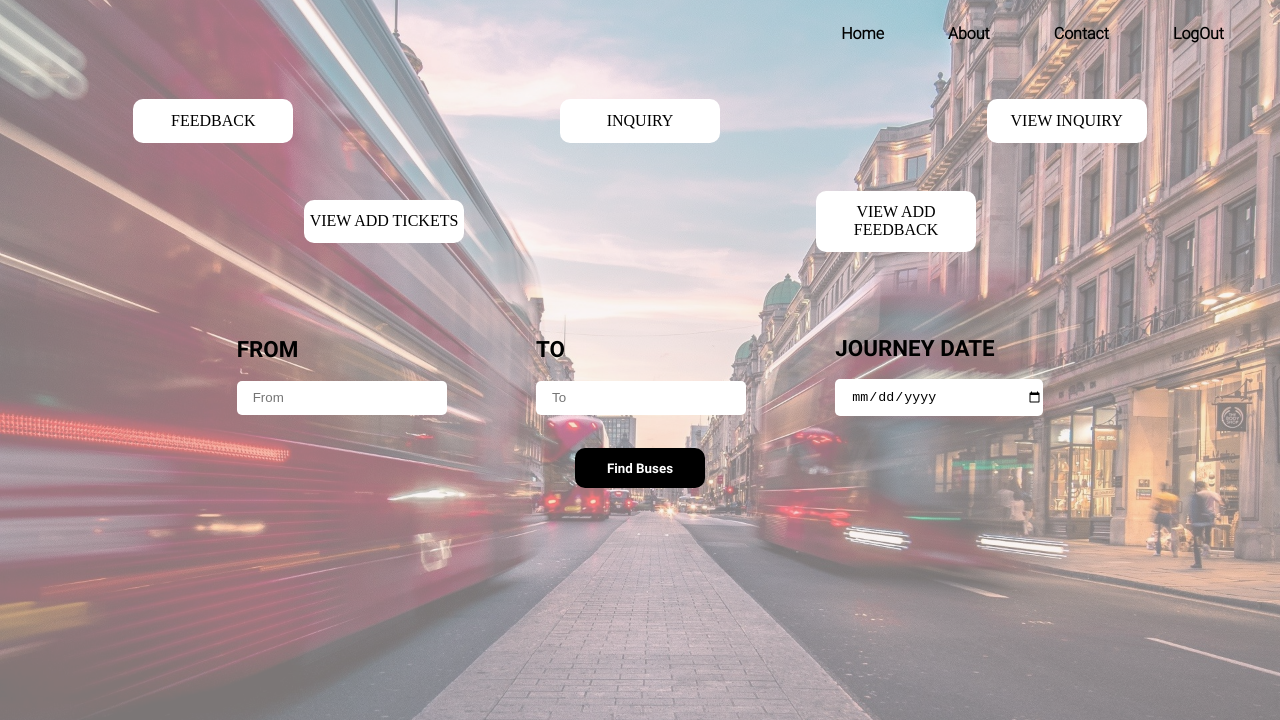
Repository: Savindushehan/RouteMaster-Group-project
Page: http://localhost/RouterMaster/MainHome.jsp
These files come from the project's save history. The page is drawn as it stood at one moment and after the next save; the edit follows.
The browser window is 1280 px wide. The pictures show the whole page.
The page is served by Tomcat 10.

Above is the page before, as saved 2023-10-09 19:17:19.

After the next save:
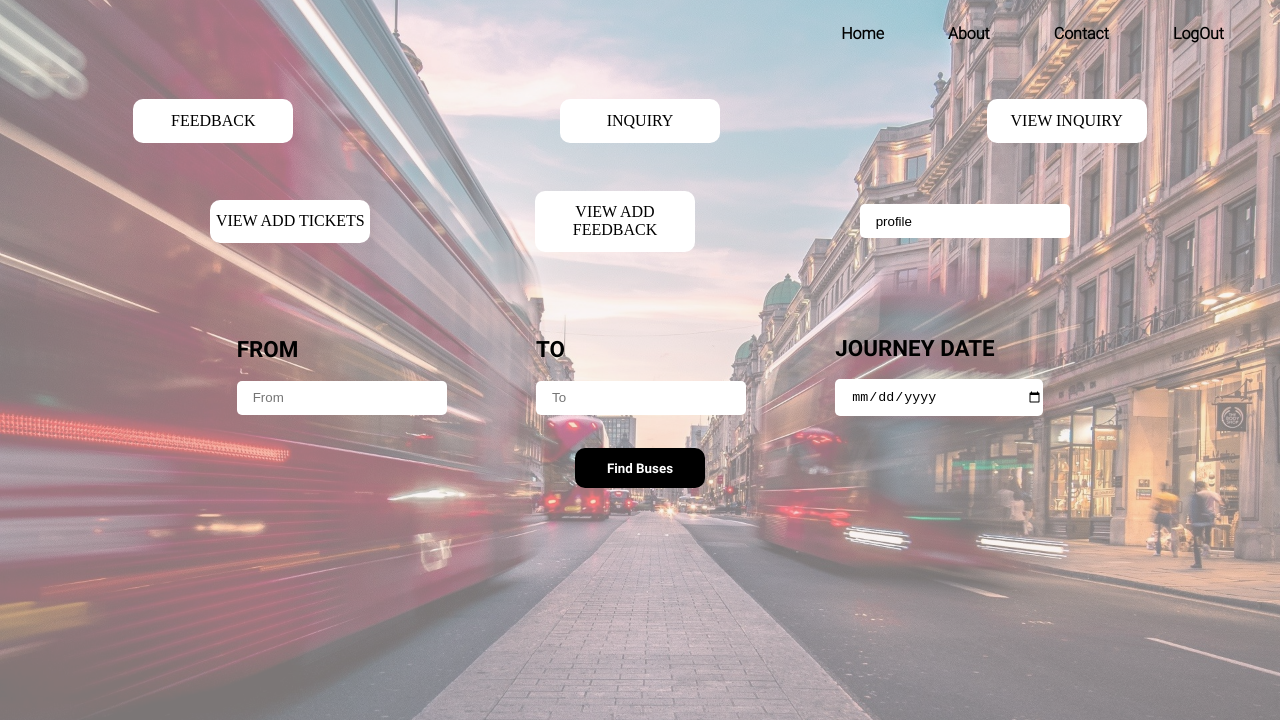
Saved 59 s later.
--- a/RouteMaster/RouterMaster/src/main/webapp/MainHome.jsp
+++ b/RouteMaster/RouterMaster/src/main/webapp/MainHome.jsp
@@ -161,7 +161,7 @@
        <div class="row2">
 		<span id="s4" name="ticket">VIEW ADD TICKETS</span>
    		 <span id="s5" name="viewfeedback">VIEW ADD FEEDBACK</span>
-	    <input id="s6" name="profile" value="profile" type="hidden">
+	    <input id="s6" name="profile" value="profile">
 	</div>
 
         <form>
